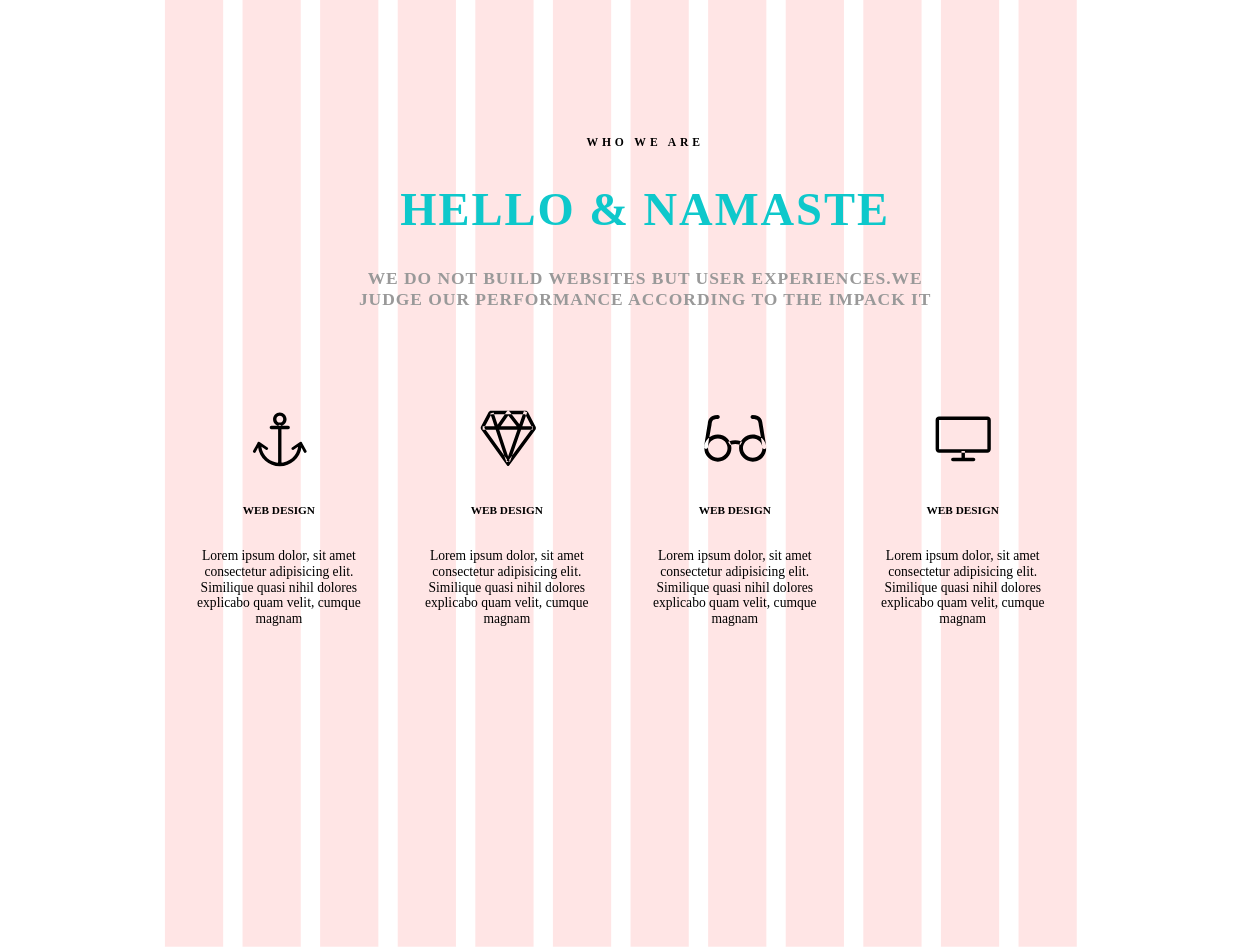
Repository: shpakovskaya/github.io
Page: boxsizing/namastegreen/index.html
The author's editor kept a copy of each file at every save. The page is drawn from the files as they stood at one save, then again after the next save.
The browser window is 1280 px wide. The pictures show the whole page, at 97% of full size.

Above is the page before, as saved 2021-11-22 21:58:04.

### boxsizing/namastegreen/index.html
<!DOCTYPE html>
<html lang="en">
  <head>
    <meta charset="UTF-8" />
    <meta http-equiv="X-UA-Compatible" content="IE=edge" />
    <meta name="viewport" content="width=device-width, initial-scale=1.0" />
    <title>namaste_green</title>
    <link
      rel="stylesheet"
      href="https://cdnjs.cloudflare.com/ajax/libs/normalize/8.0.1/normalize.min.css"
      integrity="sha512-NhSC1YmyruXifcj/KFRWoC561YpHpc5Jtzgvbuzx5VozKpWvQ+4nXhPdFgmx8xqexRcpAglTj9sIBWINXa8x5w=="
      crossorigin="anonymous"
      referrerpolicy="no-referrer"
    />
    <link
      rel="shortcut icon"
      href="./free-icon-sahasrara-5937794.ico"
      type="image/x-icon"
    />
    <!-- Fonts -->
    <link rel="stylesheet" href="./montserrat/Montserrat-Regular.ttf" />
    <link rel="stylesheet" href="./montserrat/Montserrat-Bold.ttf" />
    <link rel="preconnect" href="https://fonts.googleapis.com" />
    <link rel="preconnect" href="https://fonts.gstatic.com" crossorigin />
    <link
      href="https://fonts.googleapis.com/css2?family=PT+Sans&display=swap"
      rel="stylesheet"
    />
    <link rel="stylesheet" href="./style.css" />
  </head>
  <body>
    <!-- Background -->
    <div class="conteiner">
      <img
        src="./img/1b0eb2e9-f134-46c9-915e-629d914347aa (1).png"
        alt="background"
      />
      <!-- Header -->
      <header class="header conteiner">
        <header class="header__wrapper">
          <h5 class="e-header__one">WHO WE ARE</h5>
          <h2 class="e-header__two">HELLO & NAMASTE</h2>
          <h4 class="e-header__three">
            WE DO NOT BUILD WEBSITES BUT USER EXPERIENCES.WE
            <br />JUDGE OUR PERFORMANCE ACCORDING TO THE IMPACK IT
          </h4>
        </header>
      </header>
      <!-- Main content -->
      <div class="wrapper">
        <!-- Anchor item -->
        <div class="c-wrapper__anchor">
          <div class="e-wrapper__anchor">
            <svg
              version="1.2"
              baseprofile="tiny-ps"
              xmlns="http://www.w3.org/2000/svg"
              viewbox="0 0 69 74"
              width="64"
              height="64"
            >
              <path
                id="Anchor"
                class="shp0"
                d="M35 70.19C21.76 70.19 10.62 60.29 9.08 47.16C8.95 46.06 9.73 45.07 10.83 44.94C11.92 44.8 12.92 45.59 13.05 46.69C14.35 57.81 23.79 66.19 35 66.19C46.19 66.19 55.63 57.82 56.95 46.73C57.08 45.63 58.07 44.84 59.17 44.98C60.27 45.11 61.06 46.1 60.92 47.2C59.36 60.31 48.22 70.19 35 70.19ZM35 69.68C33.89 69.68 33 68.79 33 67.68L33 22.56C33 21.45 33.89 20.56 35 20.56C36.1 20.56 37 21.45 37 22.56L37 67.68C37 68.79 36.1 69.68 35 69.68ZM35.03 9.94C37.27 9.94 39.09 11.76 39.09 14C39.09 16.24 37.27 18.06 35.03 18.06C32.79 18.06 30.97 16.24 30.97 14C30.97 11.76 32.79 9.94 35.03 9.94M35.03 5.94C30.58 5.94 26.97 9.55 26.97 14C26.97 18.45 30.58 22.06 35.03 22.06C39.48 22.06 43.09 18.45 43.09 14C43.09 9.55 39.48 5.94 35.03 5.94L35.03 5.94ZM59.4 45.16L51.49 50.54C50.81 50.97 49.89 50.95 49.48 50.25L49.07 49.8C48.67 49.1 48.89 48.18 49.57 47.74L58.67 41.6C58.68 41.59 58.69 41.58 58.7 41.57L59.32 41.17C59.66 40.95 60.05 40.9 60.4 40.99C60.76 41.07 61.09 41.3 61.29 41.65L61.66 42.28C61.67 42.3 61.66 42.31 61.67 42.32L66.81 51.78C67.22 52.48 67 53.39 66.32 53.83L65.75 54.05C65.07 54.48 64.23 54.09 63.82 53.39L59.4 45.16ZM6.18 53.39C5.77 54.09 4.93 54.48 4.25 54.05L3.68 53.83C3 53.39 2.78 52.48 3.19 51.78L8.33 42.32C8.34 42.31 8.33 42.3 8.34 42.28L8.71 41.65C8.91 41.3 9.24 41.07 9.6 40.99C9.95 40.9 10.34 40.95 10.68 41.17L11.3 41.57C11.31 41.58 11.32 41.59 11.33 41.6L20.43 47.74C21.11 48.18 21.33 49.1 20.93 49.8L20.52 50.25C20.11 50.95 19.19 50.97 18.51 50.54L10.6 45.16L6.18 53.39ZM25 22L45 22C46.1 22 47 22.89 47 24C47 25.1 46.1 26 45 26L25 26C23.9 26 23 25.1 23 24C23 22.89 23.9 22 25 22Z"
              />
            </svg>
          </div>
          <div class="title">
            <h5 class="title__anchor">WEB DESIGN</h5>
          </div>
          <div class="text__anchor">
            <span
              >Lorem ipsum dolor, sit amet consectetur adipisicing elit.
              Similique quasi nihil dolores explicabo quam velit, cumque magnam
            </span>
          </div>
        </div>
        <!-- Diamond item -->
        <div class="c-wrapper__diamond">
          <div class="e-wrapper__diamond">
            <svg
              version="1.2"
              baseprofile="tiny-ps"
              xmlns="http://www.w3.org/2000/svg"
              viewbox="0 0 74 72"
              width="66"
              height="64"
            >
              <path
                id="Diamond"
                class="shp0"
                d="M57.75 7.98L66.06 23.88L37.94 62.17L10.27 23.59L18.57 7.98L57.75 7.98M58.17 3.98L18.17 3.98C17.07 3.98 15.74 4.77 15.23 5.75L6.51 22.14C5.99 23.11 6.09 24.63 6.73 25.53L36.74 67.35C37.06 67.8 37.49 68.03 37.91 68.03C38.34 68.03 38.76 67.81 39.09 67.36L69.58 25.85C70.23 24.96 70.35 23.44 69.84 22.47L61.09 5.75C60.58 4.78 59.27 3.98 58.17 3.98L58.17 3.98ZM66.42 25.98L8.42 25.98L8.42 21.98L66.42 21.98L66.42 25.98ZM36.02 63.61L17.27 7.11L21.06 5.85L39.81 62.35L36.02 63.61ZM39.96 63.18L36.18 61.86L56.28 4.32L60.06 5.64L39.96 63.18ZM27.14 25.12L23.86 22.83L36.39 4.83C36.76 4.31 37.35 3.99 37.98 3.97C38.59 3.98 39.22 4.24 39.61 4.75L53.08 22.08L49.92 24.54L38.12 9.35L27.14 25.12Z"
              />
            </svg>
          </div>
          <div class="title">
            <h5 class="title__diamond">WEB DESIGN</h5>
          </div>
          <div class="text__diamond">
            <span
              >Lorem ipsum dolor, sit amet consectetur adipisicing elit.
              Similique quasi nihil dolores explicabo quam velit, cumque magnam
            </span>
          </div>
        </div>
        <!-- Eyeglasses item -->
        <div class="c-wrapper__eyeglasses">
          <div class="e-wrapper__eyeglasses">
            <svg
              version="1.2"
              baseprofile="tiny-ps"
              xmlns="http://www.w3.org/2000/svg"
              viewbox="0 0 64 48"
              width="64"
              height="64"
            >
              <path
                id="Eyeglasses"
                class="shp0"
                d="M1.91 34.69C1.86 34.69 1.81 34.69 1.77 34.69C0.66 34.61 -0.17 33.65 -0.09 32.55C-0.03 31.68 3.03 12.72 3.54 9.66C3.59 9.37 3.62 9.06 3.67 8.73C4.06 5.65 4.79 -0.06 14.01 -0.06C15.12 -0.06 16.01 0.83 16.01 1.94C16.01 3.04 15.12 3.94 14.01 3.94C8.31 3.94 8.01 6.28 7.63 9.24C7.59 9.62 7.54 9.98 7.48 10.32C7.09 12.7 4.32 26.99 3.9 32.83C3.83 33.89 2.95 34.69 1.91 34.69ZM62.09 34.82C61.05 34.82 59.97 34.01 59.9 32.96C59.48 27.12 56.71 12.7 56.32 10.32C56.26 9.98 56.21 9.62 56.17 9.24C55.79 6.28 55.49 3.94 49.79 3.94C48.69 3.94 47.79 3.04 47.79 1.94C47.79 0.83 48.69 -0.06 49.79 -0.06C59.01 -0.06 59.74 5.65 60.13 8.73C60.18 9.06 60.21 9.37 60.26 9.66C60.77 12.72 64.03 31.81 64.09 32.67C64.17 33.78 63.34 34.73 62.23 34.81C62.19 34.82 62.14 34.82 62.09 34.82ZM14.08 24.02C19.58 24.02 24.04 28.48 24.04 33.98C24.04 39.47 19.58 43.94 14.08 43.94C8.57 43.94 3.92 39.38 3.92 33.98C3.92 28.58 8.57 24.02 14.08 24.02M14.08 20.02C6.37 20.02 -0.08 26.27 -0.08 33.98C-0.08 41.69 6.37 47.94 14.08 47.94C21.79 47.94 28.04 41.69 28.04 33.98C28.04 26.27 21.79 20.02 14.08 20.02L14.08 20.02ZM50.08 24.02C55.57 24.02 60.04 28.48 60.04 33.98C60.04 39.47 55.57 43.94 50.08 43.94C44.57 43.94 39.91 39.38 39.91 33.98C39.91 28.58 44.57 24.02 50.08 24.02M50.08 20.02C42.37 20.02 35.91 26.27 35.91 33.98C35.91 41.69 42.37 47.94 50.08 47.94C57.79 47.94 64.04 41.69 64.04 33.98C64.04 26.27 57.79 20.02 50.08 20.02L50.08 20.02ZM26.87 30.96L24.69 27.6C24.97 27.42 27.51 25.83 31.98 25.83C36.25 25.83 38.86 27.23 39.15 27.39L37.18 30.88C37.18 30.88 35.21 29.83 31.98 29.83C28.71 29.83 26.89 30.94 26.87 30.96Z"
              />
            </svg>
          </div>
          <div class="title">
            <h5 class="title__eyeglasses">WEB DESIGN</h5>
          </div>
          <div class="text__eyeglasses">
            <span
              >Lorem ipsum dolor, sit amet consectetur adipisicing elit.
              Similique quasi nihil dolores explicabo quam velit, cumque magnam
            </span>
          </div>
        </div>
        <!-- Monitor item -->
        <div class="c-wrapper__monitor">
          <div class="e-wrapper__monitor">
            <svg
              version="1.2"
              baseprofile="tiny-ps"
              xmlns="http://www.w3.org/2000/svg"
              viewbox="0 0 72 65"
              width="64"
              height="64"
            >
              <path
                id="Monitor"
                class="shp0"
                d="M64 10.98L64 44.99L8 44.99L8 10.98L64 10.98M64 6.98L8 6.98C5.8 6.98 4 8.78 4 10.98L4 44.99C4 47.19 5.8 48.99 8 48.99L64 48.99C66.2 48.99 68 47.19 68 44.99L68 10.98C68 8.78 66.2 6.98 64 6.98L64 6.98ZM38 47L38 55L48 55C49.1 55 50 55.9 50 57C50 58.1 49.1 59 48 59L24 59C22.9 59 22 58.1 22 57C22 55.9 22.9 55 24 55L34 55L34 47L38 47Z"
              />
            </svg>
          </div>
          <div class="title">
            <h5 class="title__monitor">WEB DESIGN</h5>
          </div>
          <div class="text__monitor">
            <span
              >Lorem ipsum dolor, sit amet consectetur adipisicing elit.
              Similique quasi nihil dolores explicabo quam velit, cumque magnam
            </span>
          </div>
        </div>
      </div>
    </div>
  </body>
</html>

### boxsizing/namastegreen/style.css
* {
  margin: 0;
  padding: 0;
  box-sizing: border-box;
}

.conteiner {
  max-width: 1280px;
  max-height: 976px;
  position: relative;
}

/* Header */
.header {
  position: absolute;
  top: 0px;
  left: 370px;
}

.header__wrapper {
  margin-top: 140px;
  text-align: center;
  /* display: flex;
  flex-direction: column; */
  /* justify-content: center; */
}
.e-header__one {
  font-size: 12px;
  font-family: Montserrat bold;
  letter-spacing: 4px;
  margin-bottom: 34px;
}

.e-header__two {
  font-size: 48px;
  font-family: Montserrat regular;
  color: #0ec8cb;
  margin-bottom: 34px;
  letter-spacing: 2px;
}

.e-header__three {
  font-size: 18px;
  letter-spacing: 1px;
  color: #999999;
}

/* Items */
.wrapper {
  position: absolute;
  top: 420px;
  left: 170px;
  display: flex;
  flex-direction: row;
  text-align: center;
  font-size: 14px;
  max-width: 940px;
  min-height: 418px;
}

.e-wrapper__anchor {
  display: inline-block;
  align-content: center;
}

/* Title */
.title {
  margin: 32px;
}
/* Text */
.text__diamond,
.text__anchor,
.text__eyeglasses,
.text__monitor {
  margin: 32px;
}

/* Items hover */
#Anchor:hover {
  fill: blue;
}

#Eyeglasses:hover {
  fill: blue;
}
#Monitor:hover {
  fill: blue;
}

#Diamond:hover {
  fill: blue;
}

After the next save:
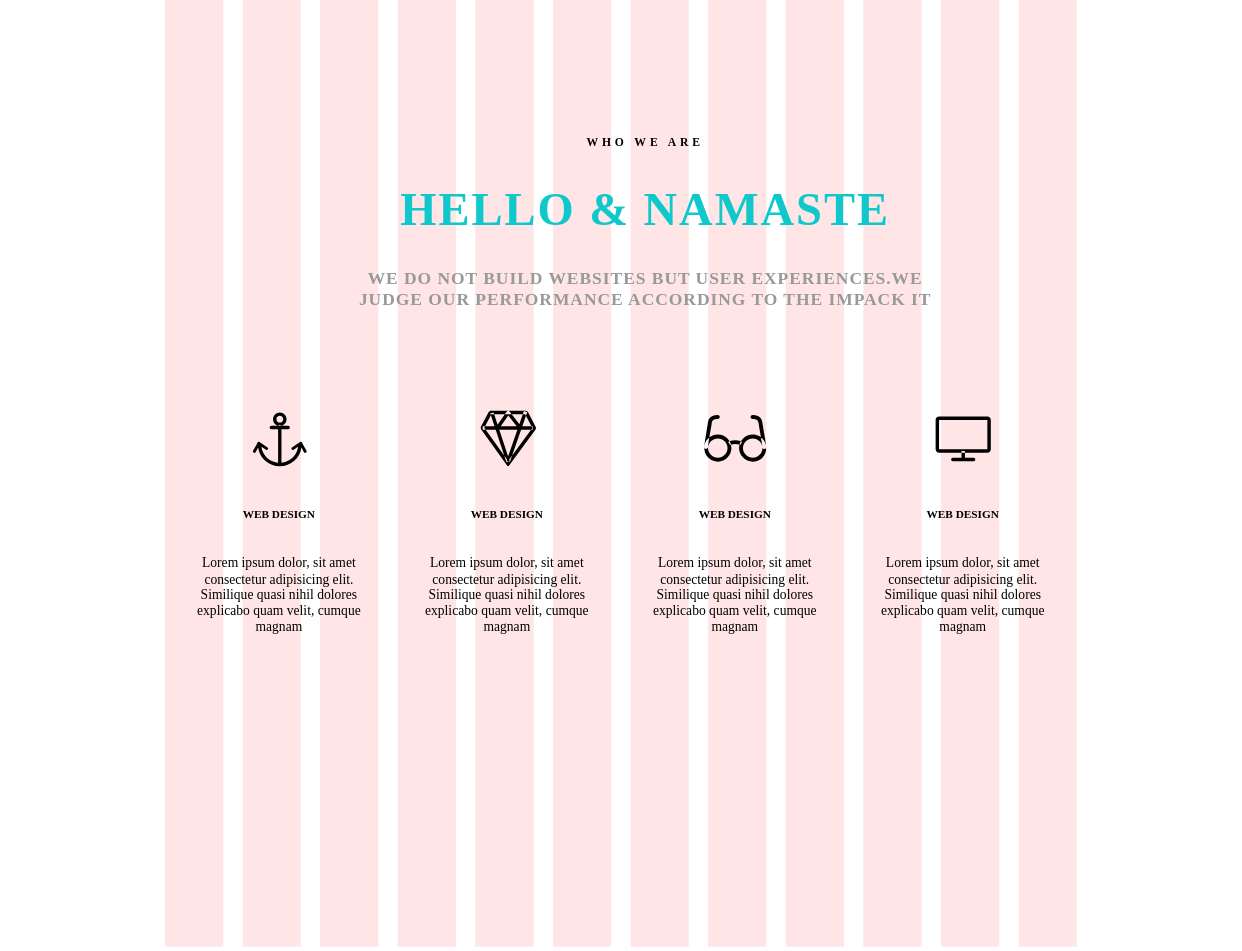
Saved 47 s later.
--- a/boxsizing/namastegreen/style.css
+++ b/boxsizing/namastegreen/style.css
@@ -65,7 +65,7 @@
 
 /* Title */
 .title {
-  margin: 32px;
+  margin: 36px;
 }
 /* Text */
 .text__diamond,
